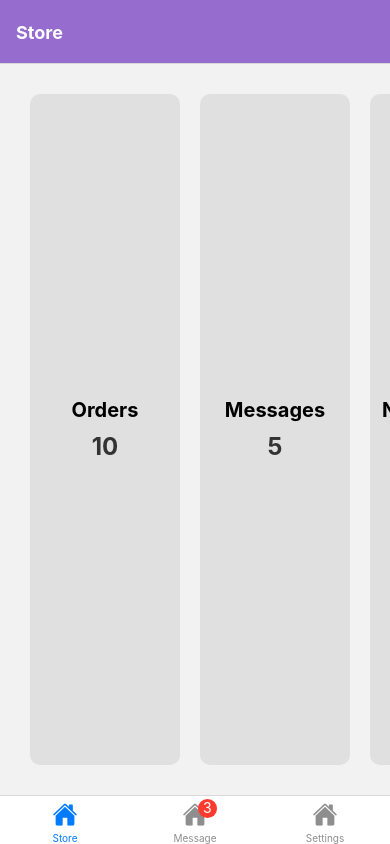
Repository: Waikato153/AwesomeProject
Screen: /
An editor plug-in stored every save of this project. The screen is shown before and after the next save, followed by the edit.
The app was drawn by React Native's web renderer in a window 390 px wide. The project was rebuilt for these pictures with package versions that can differ from the ones it lists, and the page was loaded fresh each time.

Above is the screen before, as saved 2024-02-29 11:48:20.

### App.js
import * as React from 'react';
import { Text, View, StyleSheet} from 'react-native';
import { NavigationContainer } from '@react-navigation/native';
import { createBottomTabNavigator } from '@react-navigation/bottom-tabs';
import { Ionicons } from '@expo/vector-icons';

import HomeScreen from './screens/HomeScreen';

function SettingsScreen() {
  return (
    <View style={{ flex: 1, justifyContent: 'center', alignItems: 'center' }}>
      <Text>Settings!</Text>
    </View>
  );
}


const styles = StyleSheet.create({
  container: {
    flex: 1,
    justifyContent: 'center',
    backgroundColor: 'white',
    alignItems: 'center',
    padding: 8,
  },
  paragraph: {
    margin: 24,
    fontSize: 18,
    fontWeight: 'bold',
    textAlign: 'center',
  },
});

const Tab = createBottomTabNavigator();

function MyTabs() {
  return (

    <Tab.Navigator
      screenOptions={{
        tabBarIcon: ({ color, size }) => (
          <Ionicons name="home" color={color} size={size} />
        ),
        headerStyle: {
          backgroundColor: '#966ccf',
        },
        headerTintColor: '#fff',
        headerTitleStyle: {
          fontWeight: 'bold',
        },
      }}
    >
      <Tab.Screen
        name="Store"
        component={HomeScreen}

      />
      <Tab.Screen
        name="Message"
        component={SettingsScreen}
        options={{
          tabBarBadge: 3
        }}
      />
      <Tab.Screen
        name="Settings"
        component={SettingsScreen}
      />
    </Tab.Navigator>
  );
}

export default function App() {
  return (
    <NavigationContainer>
      <MyTabs />
    </NavigationContainer>
  );
}

### screens/HomeScreen.js
import React from 'react';
import { View, Text, StyleSheet, FlatList } from 'react-native';

const data = [
  { title: 'Orders', count: 10 },
  { title: 'Messages', count: 5 },
  { title: 'Notifications', count: 8 },
  // Add more data as needed
];

const renderItem = ({ item }) => (
  <View style={styles.block}>
    <Text style={styles.title}>{item.title}</Text>
    <Text style={styles.count}>{item.count}</Text>
  </View>
);

const HomeScreen = () => {
  return (
    <FlatList
      horizontal
      data={data}
      renderItem={renderItem}
      keyExtractor={(item, index) => index.toString()}
      showsHorizontalScrollIndicator={false}
      contentContainerStyle={styles.container}
    />
  );
};

const styles = StyleSheet.create({
  container: {
    padding: 20,
  },
  block: {
    width: 150, // 设置方块宽度
    justifyContent: 'center',
    alignItems: 'center',
    backgroundColor: '#e0e0e0',
    borderRadius: 10,
    padding: 20,
    margin: 10,
  },
  title: {
    fontSize: 20,
    fontWeight: 'bold',
    marginBottom: 10,
  },
  count: {
    fontSize: 24,
    fontWeight: 'bold',
    color: '#333333',
  },
});

export default HomeScreen;

After the next save:
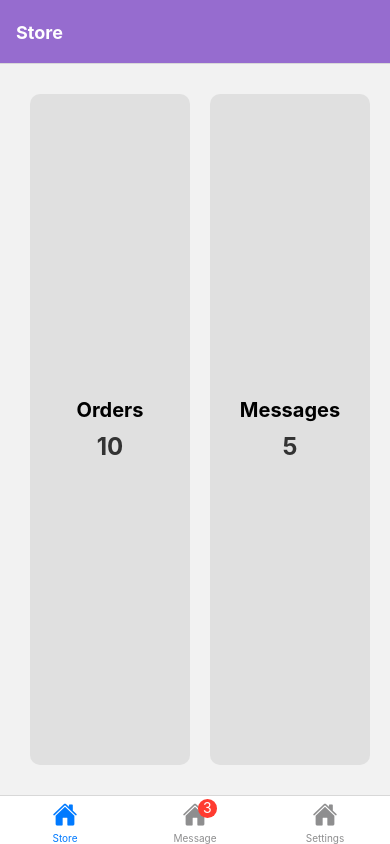
Saved 21 s later.
--- a/screens/HomeScreen.js
+++ b/screens/HomeScreen.js
@@ -33,7 +33,7 @@ const styles = StyleSheet.create({
     padding: 20,
   },
   block: {
-    width: 150, // 设置方块宽度
+    width: 160, // 设置方块宽度
     justifyContent: 'center',
     alignItems: 'center',
     backgroundColor: '#e0e0e0',
